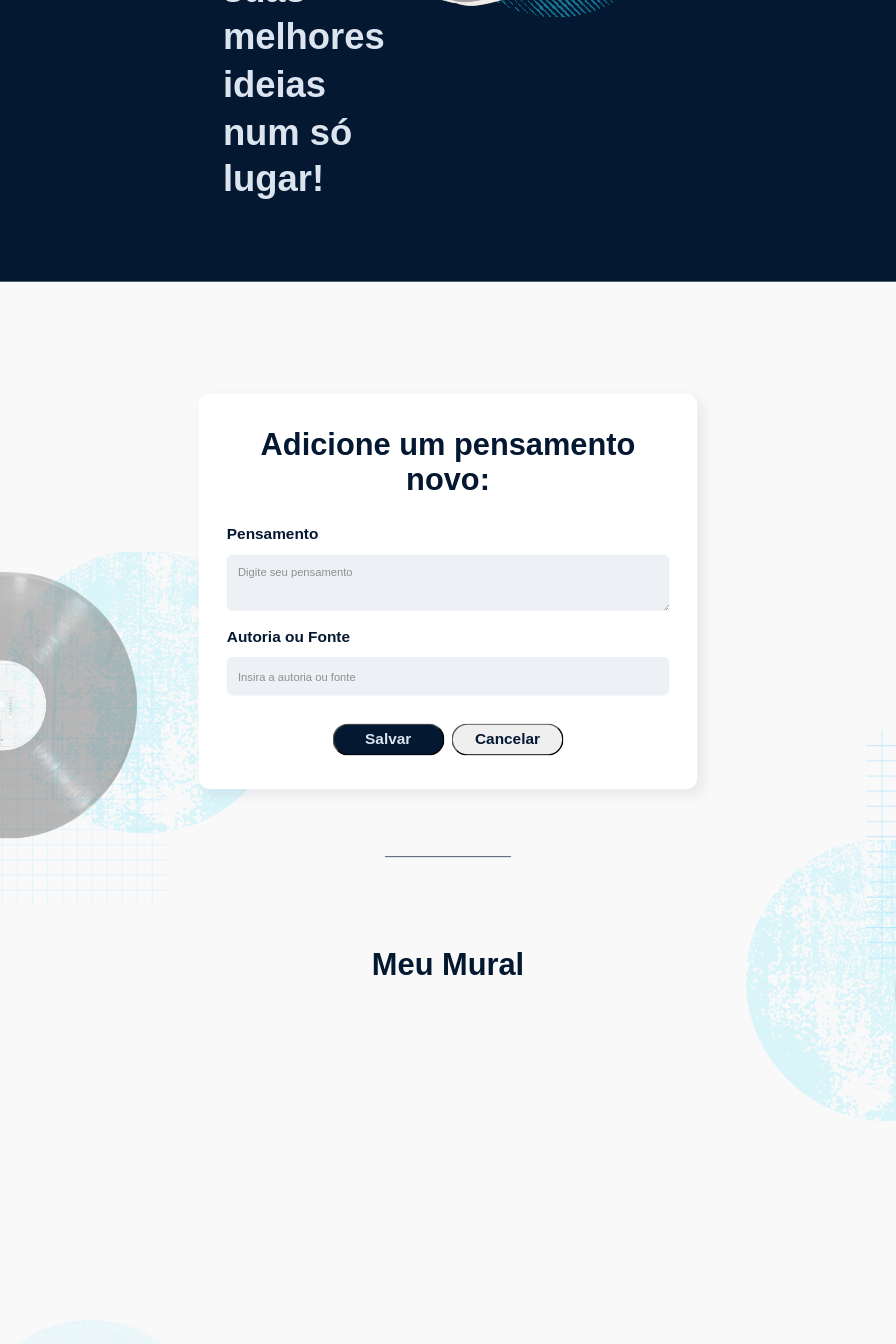
Repository: joaoPraiaJunior/crud_js
Page: index.html
These files come from the project's save history. The page is drawn as it stood at one moment and after the next save; the edit follows.
The browser window is 1280 px wide. The pictures show the part of the page from y = 689 to 2609 px (the page is 3182 px tall), at 70% of full size.
The page's requests for data from a server got no answer.

Above is the page before, as saved 2024-09-22 13:50:37.

After the next save:
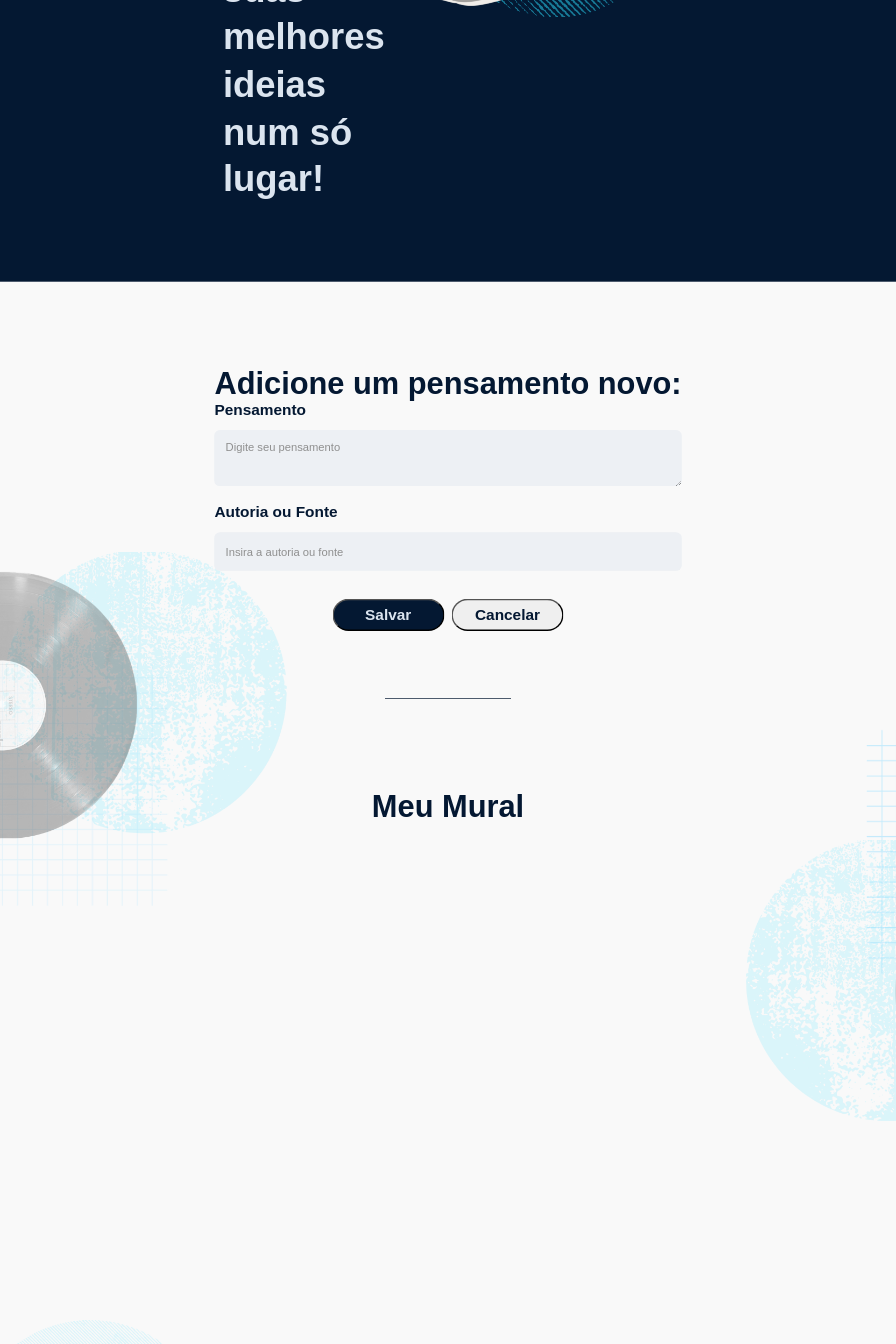
Saved 35 s later.
--- a/index.html
+++ b/index.html
@@ -28,7 +28,7 @@
 		<main class="background-overlay">
 			<div class="overlay"></div>
 			<div class="overlay overlay-color"></div>
-			<section id="form-container">
+			<section>
 				<h2>Adicione um pensamento novo:</h2>
 				<form id="pensamento-form" data-js="formulario">
 					<input type="hidden" id="pensamento-id" name="id" />
